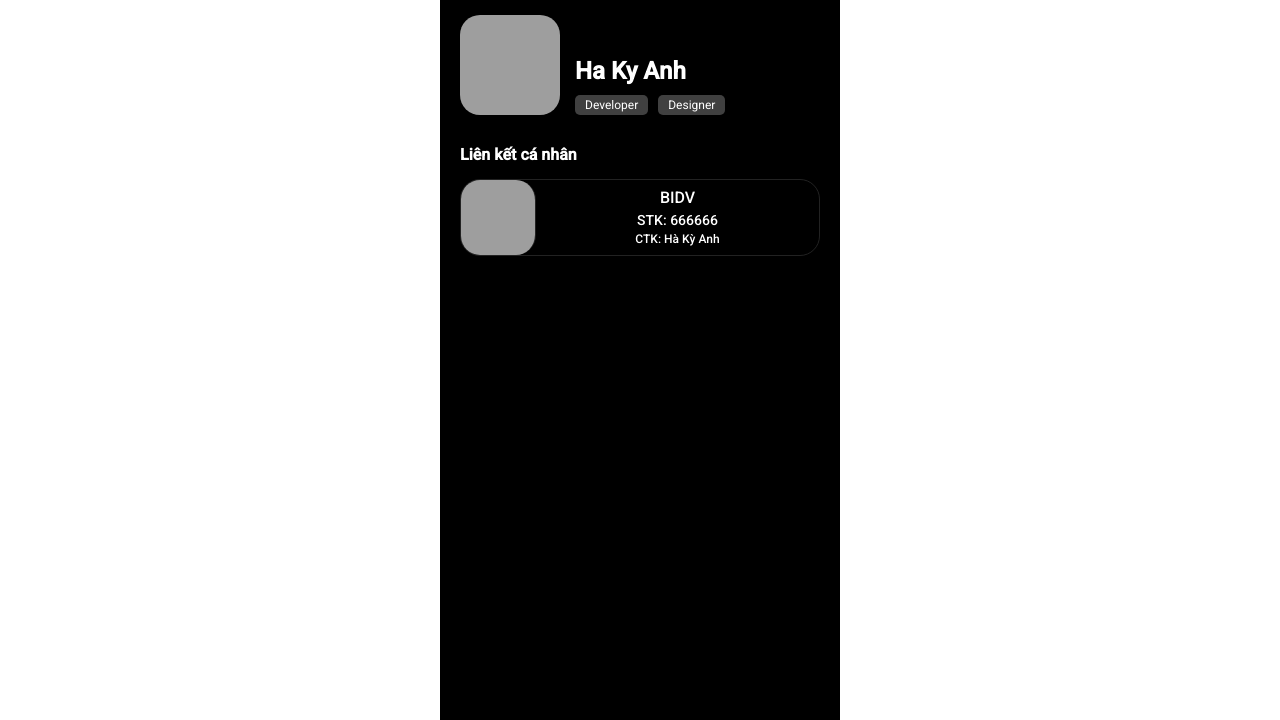
Repository: yzarc204/nguyen-tien-viet-hoang
Page: thong-tin-thanh-toan/index.html
An editor plug-in stored every save of this project. The page is shown before and after the next save, followed by the edit.
The browser window is 1280 px wide. The pictures show the whole page.
Pictures or frames that could not be fetched are drawn as grey boxes.

Above is the page before, as saved 2021-09-27 10:57:37.

### thong-tin-thanh-toan/index.html
<!DOCTYPE html>
<html lang="en">
<head>
    <meta charset="UTF-8">
    <meta http-equiv="X-UA-Compatible" content="IE=edge">
    <meta name="viewport" content="width=device-width, initial-scale=1.0">
    <title>Personal Card</title>
    <!-- Google Fonts -->
    <link rel="preconnect" href="https://fonts.googleapis.com">
    <link rel="preconnect" href="https://fonts.gstatic.com" crossorigin>
    <link href="https://fonts.googleapis.com/css2?family=Roboto:wght@300;400;500&display=swap" rel="stylesheet">
    <!-- CSS -->
    <link rel="stylesheet" href="./public/css/index.css">
</head>
<body>
    <div class="container">
        <div class="profile-header">
            <img alt="Avatar"
                src="https://source.unsplash.com/random"
                class="profile-avatar">
            <div class="profile-info">
                <h4 class="profile-name">Ha Ky Anh</h4>
                <div class="skills">
                    <div class="skill-tag">Developer</div>
                    <div class="skill-tag">Designer</div>
                </div>
            </div>
        </div>
        <h4 class="title">Liên kết cá nhân</h4>
        <div class="banks">
            <div class="bank">
                <img src="https://source.unsplash.com/random" class="bank-logo">
                <div class="bank-info">
                    <p class="bank-name">BIDV</p>
                    <p class="bank-number">STK: 666666</p>
                    <p class="bank-owner">CTK: Hà Kỳ Anh</p>
                </div>
                <span class="btn-copy">Copy</span>
            </div>
        </div>
    </div>
</body>
</html>

### thong-tin-thanh-toan/public/css/index.css
* {
    padding: 0;
    margin: 0;
    -webkit-box-sizing: border-box;
    font-family: 'Roboto', sans-serif;
}

body {
    width: 100%;
    overflow: hidden;
}

/* ===== CONTAINER ===== */
.container{
    width: 400px;
    height: 100vh;
    margin: 0 auto;
    padding: 15px 20px;
    overflow: hidden scroll;
    background: #000;
    color: #fff;
}
/* ===== PROFILE HEADER ===== */
.profile-header{
    width: 100%;
    display: flex;
    flex-wrap: wrap;
    margin-bottom: 30px;
}
.profile-avatar{
    width: 100px;
    height: 100px;
    object-fit: cover;
    object-position: center;
    border-radius: 20px;
}
.profile-info{
    margin-top: auto;
    padding: 0px 15px;
}
.profile-name{
    margin-bottom: 10px;
    font-size: 24px;
}
.skills{
    display: flex;
    flex-wrap: nowrap;
}
.skill-tag{
    padding: 3px 10px;
    margin-right: 10px;
    color: #fff;
    font-size: 12px;
    position: relative;
    display: none;
}
.skill-tag:before {
    content: "";
    position: absolute;
    top: 0;
    right: 0;
    bottom: 0;
    left: 0;
    background-color: currentColor;
    opacity: 0.25;
    border-radius: 5px;
}
.skill-tag:first-child {
    display: block;
}
.skill-tag:nth-child(2) {
    display: block;
}
/* ===== TITLE ===== */
.title{
    margin-bottom: 15px;
}
/* ===== BANKS ===== */
.banks {
    width: 100%;
    overflow: hidden;
    border: 1px solid #222;
    border-radius: var(--border-rounded);
    --size: 75px;
    --border-rounded: 20px;
}
.bank {
    width: 100%;
    height: var(--size);
    display: flex;
}
.bank-logo {
    width: var(--size);
    height: var(--size);
    border-right: 1px solid #222;
    border-top-right-radius: var(--border-rounded);
    border-bottom-right-radius: var(--border-rounded);
}
.bank-info {
    flex: 1;
    text-align: center;
    padding: 10px 7.5px;
    display: flex;
    flex-direction: column;
    justify-content: space-between;
    align-items: center;
}
.bank-info > p {
    font-weight: 500;
    line-height: 1;
}
.bank-name{
    font-size: 16px;
}
.bank-number{
    font-size: 14px;
}
.bank-owner {
    font-size: 12px;
}
.btn-copy{
    font-size: 12px;
    height: fit-content;
    padding: 10px;
    position: relative;
    top: 50%;
    right: 10px;
    transform: translateY(-50%);
}
.btn-copy {
    content: "";
    position: absolute;
    top: 0;
    right: 0;
    bottom: 0;
    left: 0;
}

After the next save:
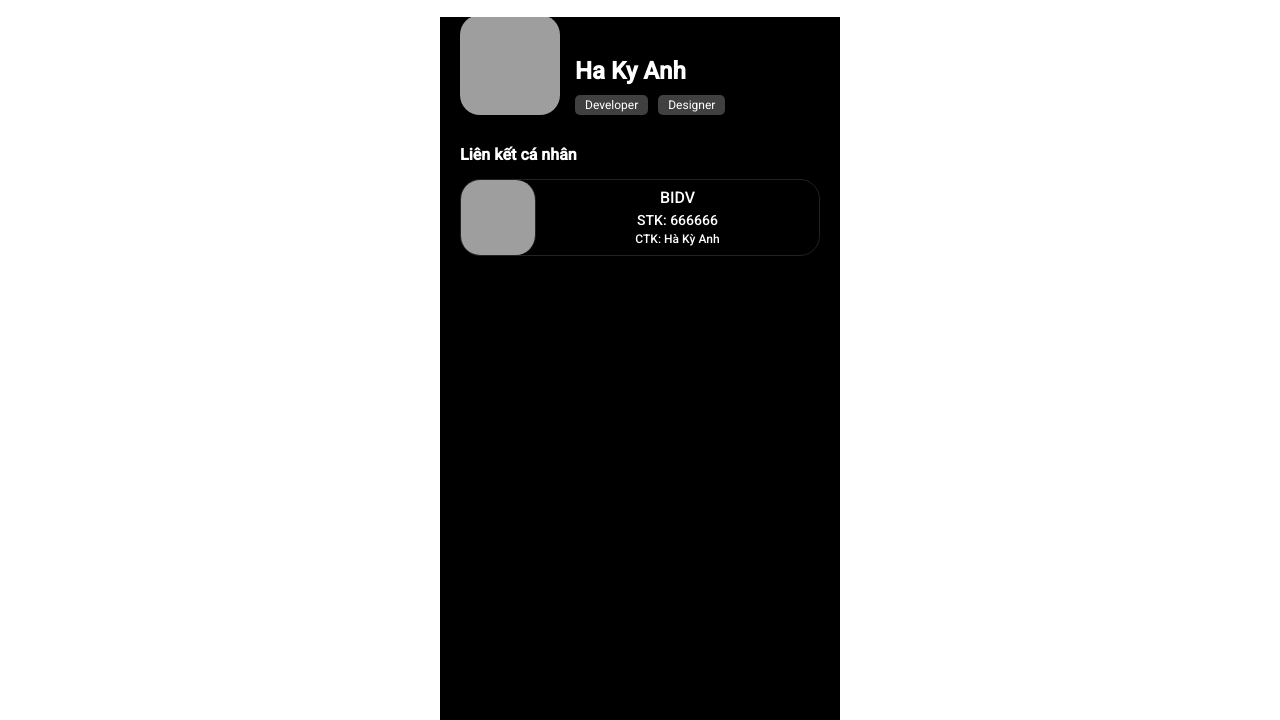
Saved 8 s later.
--- a/thong-tin-thanh-toan/public/css/index.css
+++ b/thong-tin-thanh-toan/public/css/index.css
@@ -134,4 +134,5 @@ body {
     right: 0;
     bottom: 0;
     left: 0;
+    background: currentColor;
 }
